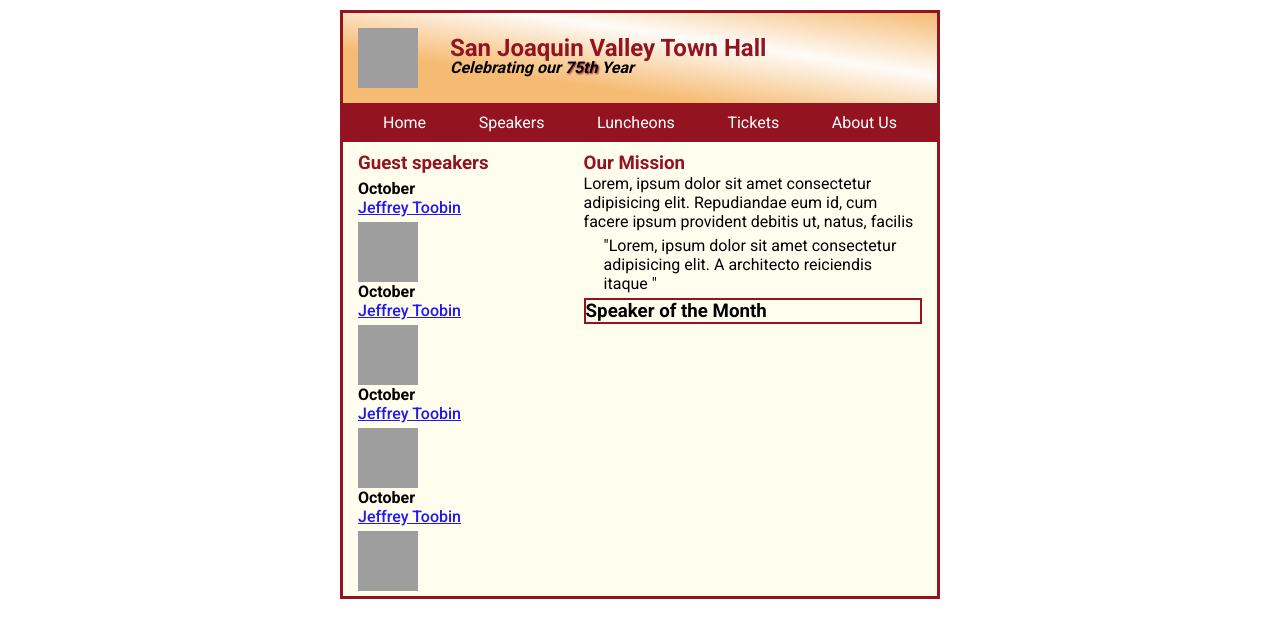
Repository: Mannj-nef/ex-5-6-7-8_IvVettech
Page: index.html
An editor plug-in stored every save of this project. The page is shown before and after the next save, followed by the edit.
The browser window is 1280 px wide. The pictures show the whole page.
Pictures or frames that could not be fetched are drawn as grey boxes.

Above is the page before, as saved 2022-03-24 22:05:04.

### index.html
<!DOCTYPE html>
<html lang="en">
  <head>
    <meta charset="UTF-8" />
    <meta http-equiv="X-UA-Compatible" content="IE=edge" />
    <meta name="viewport" content="width=device-width, initial-scale=1.0" />
    <link rel="stylesheet" href="./Asset/style.css" />
    <link rel="preconnect" href="https://fonts.googleapis.com" />
    <link rel="preconnect" href="https://fonts.gstatic.com" crossorigin />
    <link
      href="https://fonts.googleapis.com/css2?family=Roboto:wght@300;400;500;700&display=swap"
      rel="stylesheet"
    />
    <title>Exercise5-6</title>
    <link
      rel="shortcut icon"
      href="https://iviettech.vn/wp-content/themes/viettech/img/front/favicon.ico"
      type="image/x-icon"
    />
  </head>
  <body>
    <div id="app">
      <header id="header">
        <div class="header-top">
          <div class="header-image__wrapper">
            <img
              src="https://source.unsplash.com/random"
              alt=""
              class="header-image"
            />
          </div>
          <div class="header-main">
            <h2 class="header-main__title">San Joaquin Valley Town Hall</h2>
            <p class="header-main__decs">
              Celebrating our
              <span class="header-main__decs-b"
                >75 <span class="header-main__decs-c">th</span>
              </span>
              Year
            </p>
          </div>
        </div>
        <div class="header-nav">
          <ul class="header-nav__list">
            <li class="header-nav__item">
              <a href="" class="header-nav__link">Home</a>
            </li>
            <li class="header-nav__item">
              <a href="" class="header-nav__link">Speakers</a>
            </li>
            <li class="header-nav__item">
              <a href="" class="header-nav__link">Luncheons</a>
            </li>
            <li class="header-nav__item">
              <a href="" class="header-nav__link">Tickets</a>
            </li>
            <li class="header-nav__item">
              <a href="" class="header-nav__link">About Us</a>
            </li>
          </ul>
        </div>
      </header>
      <section id="content">
        <div class="content-left">
          <h3 class="content-title">Guest speakers</h3>

          <div class="content-left__member">
            <p class="content-left__member-month">October</p>
            <a href="" class="content-left__member-link">Jeffrey Toobin</a>
            <div class="content-left__member-avata-wrapper">
              <img
                src="https://source.unsplash.com/random"
                alt=""
                class="content-left__member-avata"
              />
            </div>
          </div>
          <div class="content-left__member">
            <p class="content-left__member-month">October</p>
            <a href="" class="content-left__member-link">Jeffrey Toobin</a>
            <div class="content-left__member-avata-wrapper">
              <img
                src="https://source.unsplash.com/random"
                alt=""
                class="content-left__member-avata"
              />
            </div>
          </div>
          <div class="content-left__member">
            <p class="content-left__member-month">October</p>
            <a href="" class="content-left__member-link">Jeffrey Toobin</a>
            <div class="content-left__member-avata-wrapper">
              <img
                src="https://source.unsplash.com/random"
                alt=""
                class="content-left__member-avata"
              />
            </div>
          </div>
          <div class="content-left__member">
            <p class="content-left__member-month">October</p>
            <a href="" class="content-left__member-link">Jeffrey Toobin</a>
            <div class="content-left__member-avata-wrapper">
              <img
                src="https://source.unsplash.com/random"
                alt=""
                class="content-left__member-avata"
              />
            </div>
          </div>
        </div>
        <div class="constent-right">
          <h3 class="content-title">Our Mission</h3>
          <p class="constent-right__desc">
            Lorem, ipsum dolor sit amet consectetur adipisicing elit.
            Repudiandae eum id, cum facere ipsum provident debitis ut, natus,
            facilis
          </p>
          <p class="constent-right__desc-sub">
            "Lorem, ipsum dolor sit amet consectetur adipisicing elit. A
            architecto reiciendis itaque "
          </p>
          <h3 class="constent-right-title">Speaker of the Month</h3>
        </div>
      </section>
    </div>
  </body>
</html>

### Asset/style.css
* {
  margin: 0;
  padding: 0;
  box-sizing: border-box;
}
html {
  font-family: "Roboto", sans-serif;
}
:root {
  --prymary-color: #931420;
  --white-color: #fff;
  --yellow-color: #ebc700;
  --blue-color: #2119ee;
  --size: 60px;
}

#app {
  margin: 10px auto;
  width: 600px;
  border: 3px solid var(--prymary-color);
}

#header {
}
.header-top {
  padding: 15px;
  display: flex;
  align-items: center;
  background-image: linear-gradient(
    to right top,
    #f6bb73 30%,
    #fefcf8,
    #f6bb73
  );
}
.header-image__wrapper {
  width: var(--size);
  height: var(--size);
  margin-right: 2em;
}
.header-image {
  width: 100%;
  height: 100%;
}
.header-main {
  line-height: 20px;
}
.header-main__title {
  color: var(--prymary-color);
}
.header-main__decs {
  color: #000;
  font-weight: 600;
  font-style: italic;
}
.header-main__decs-b {
  display: inline-flex;
  text-shadow: 1px 1px 2px var(--prymary-color);
}
.header-nav {
  background-color: var(--prymary-color);
}
.header-nav__list {
  list-style: none;
  display: flex;
  justify-content: space-between;
  padding: 0 20px;
}
.header-nav__item {
  padding: 10px 20px;
}
.header-nav__link {
  font-weight: 400;
  text-decoration: none;
  color: var(--white-color);
}
.header-nav__item:hover .header-nav__link {
  color: var(--yellow-color);
}

#content {
  background-color: #fffded;
  padding: 10px 15px;
  display: flex;
}

.content-left {
  width: 40%;
}
.content-title {
  color: var(--prymary-color);
}
.content-left__member {
}
.content-left__member-month {
  margin-top: 5px;
  font-weight: 600;
}
.content-left__member-link {
  font-weight: 500;
  color: var(--blue-color);
}
.content-left__member-avata-wrapper {
  width: var(--size);
  height: var(--size);
}
.content-left__member-avata {
  margin-top: 5px;
  width: 100%;
  height: 100%;
}
.constent-right {
  width: 60%;
}
.constent-right__desc-sub {
  padding: 5px 20px;
}
.constent-right-title {
  font-weight: 600;
  color: #000;
  border: 2px solid var(--prymary-color);
}

After the next save:
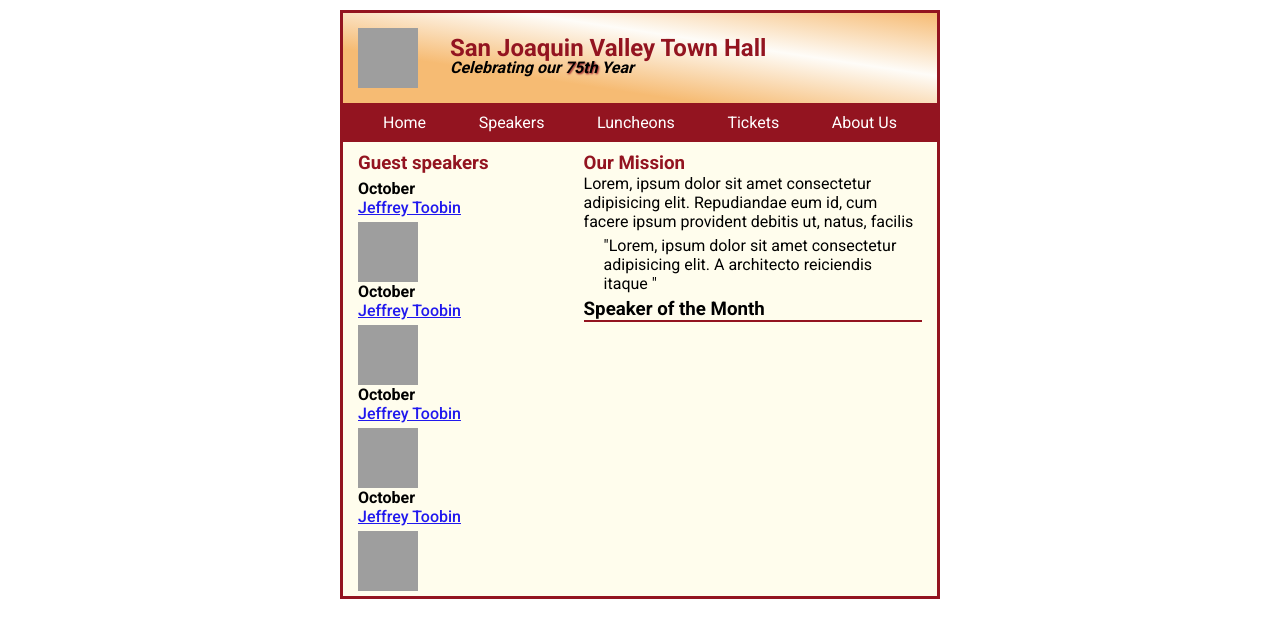
Saved 8 s later.
--- a/Asset/style.css
+++ b/Asset/style.css
@@ -118,5 +118,5 @@ html {
 .constent-right-title {
   font-weight: 600;
   color: #000;
-  border: 2px solid var(--prymary-color);
+  border-bottom: 2px solid var(--prymary-color);
 }
